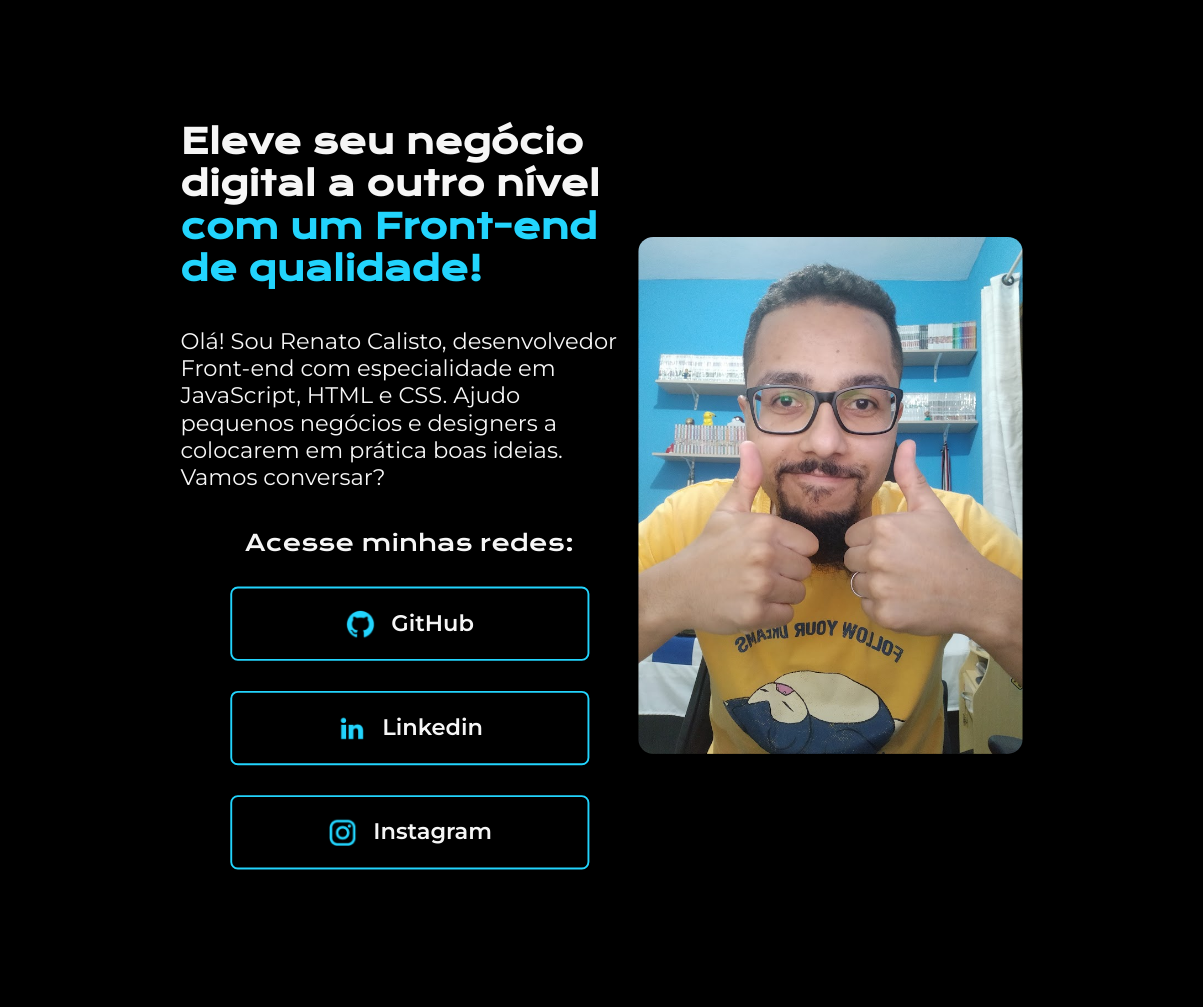
Repository: RenatoCCS/Portfolio_Alura
Page: index.html
These files come from the project's save history. The page is drawn as it stood at one moment and after the next save; the edit follows.
The browser window is 1280 px wide. The pictures show the whole page, at 94% of full size.

Above is the page before, as saved 2023-02-28 20:47:47.

After the next save:
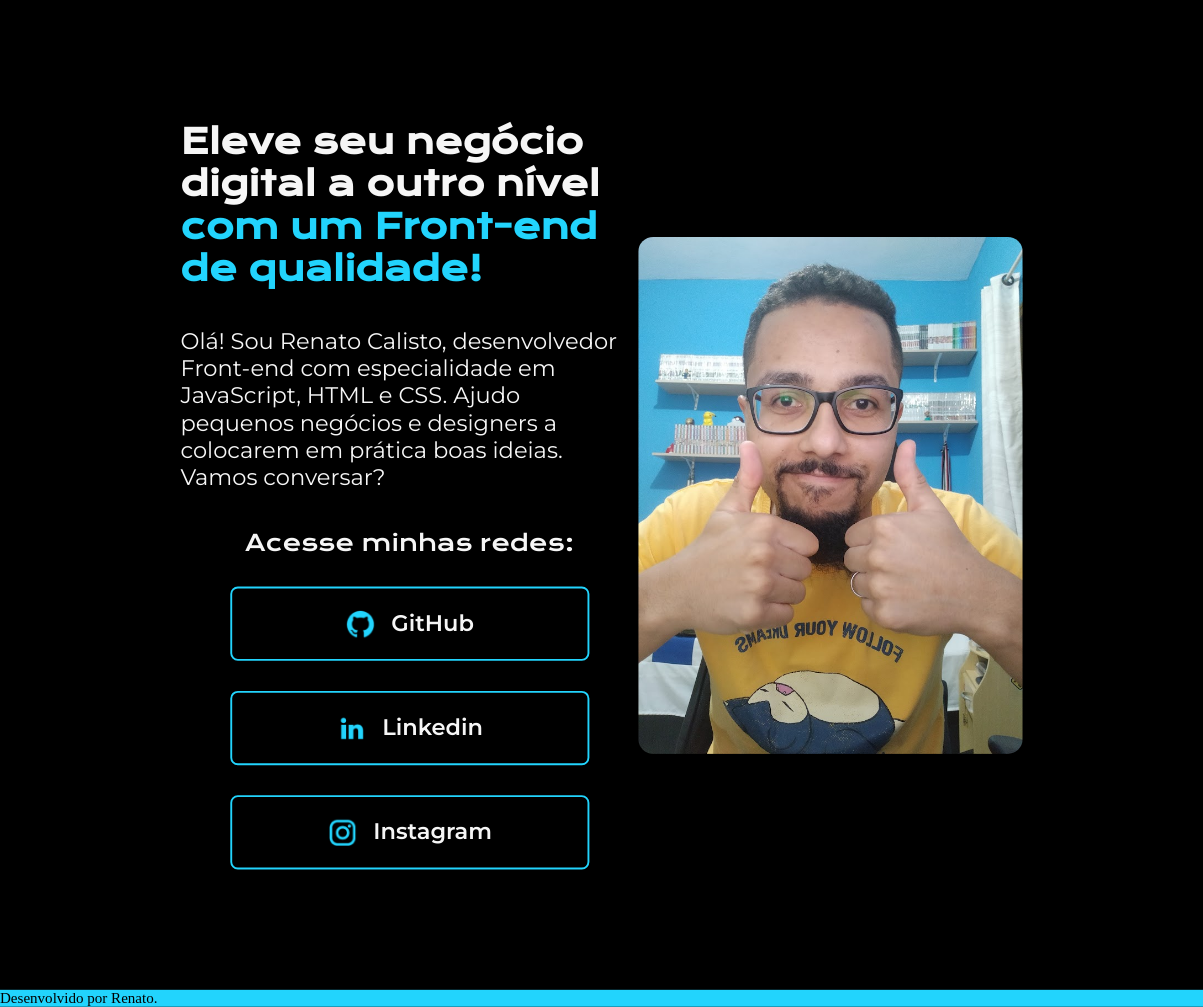
Saved 7 s later.
--- a/style.css
+++ b/style.css
@@ -86,5 +86,5 @@ body {
 
 .rodape {
   color: #000000;
-  background-color: ;
+  background-color: #22d4fd;
 }
